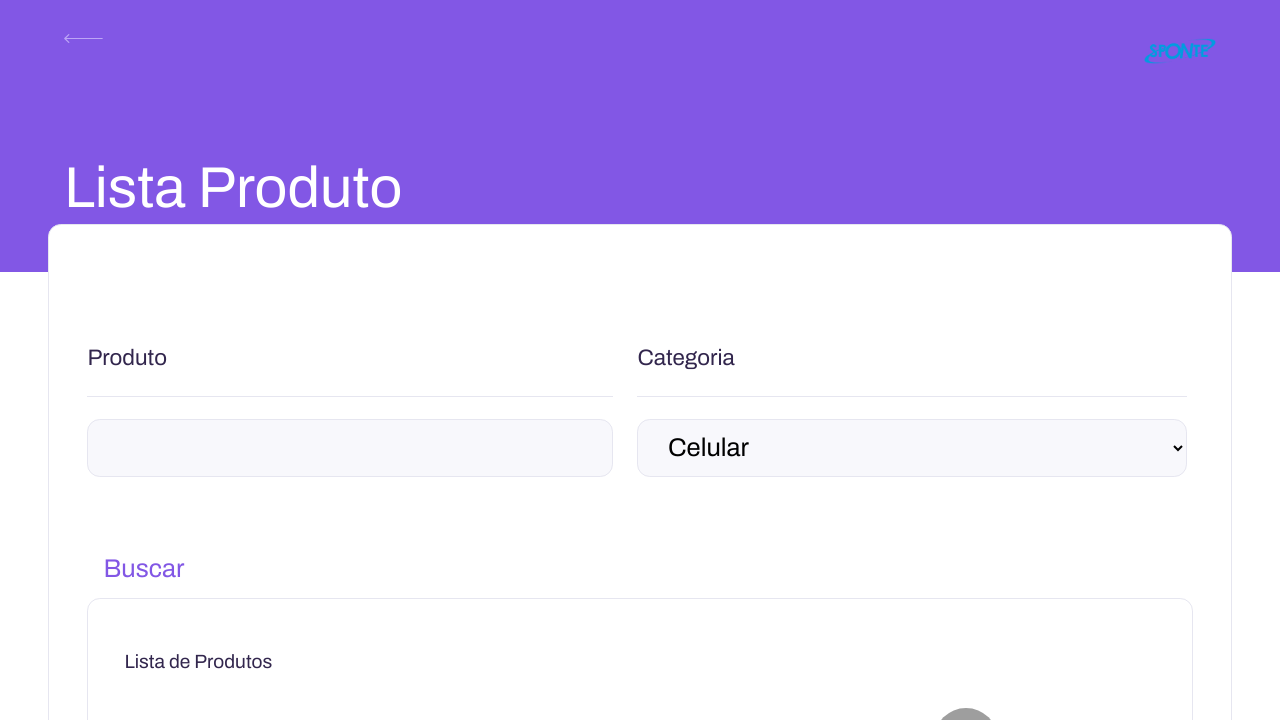
Repository: Henrique-Hoi-Dev/avalia-o-front-end
Page: /list (app in web/)
An editor plug-in stored every save of this project. The page is shown before and after the next save, followed by the edit.
The browser window is 1280 px wide. The pictures show the whole page.
Pictures or frames that could not be fetched are drawn as grey boxes. An inner scrolling area shows only its first screen. The project was rebuilt for these pictures with package versions that can differ from the ones it lists, and the page was loaded fresh each time. Also part of the build but not shown: web/src/pages/Home/styles.js, web/src/pages/Home/index.js, web/src/services/api.js, web/src/pages/RegistrationProduct/styles.js, web/src/components/HeaderRecord/styles.js, web/src/components/HeaderRecord/index.js, web/src/pages/RegistrationProduct/Avatarinput/styles.js, web/src/pages/RegistrationProduct/Avatarinput/index.js and 1 more.

Above is the page before, as saved 2020-09-02 21:53:38.

After the next save:
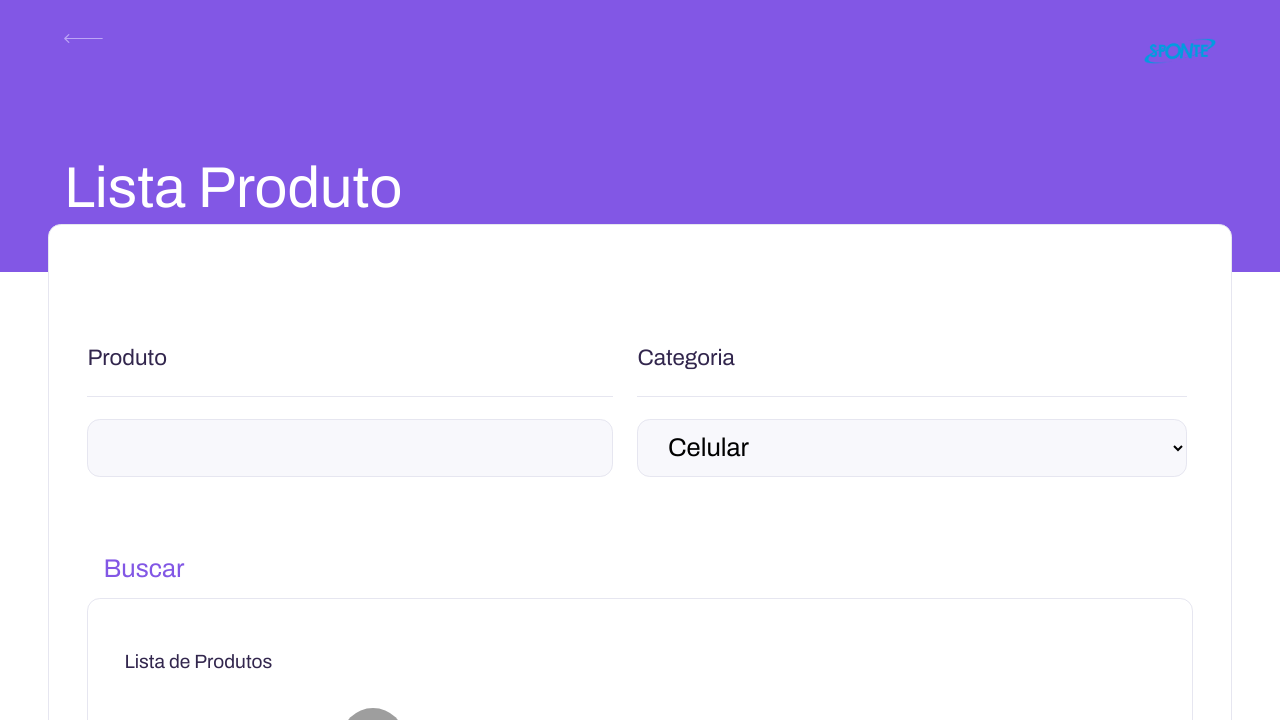
Saved 40 s later.
--- a/web/src/pages/ListProduct/styles.js
+++ b/web/src/pages/ListProduct/styles.js
@@ -98,6 +98,11 @@ export const Container = styled.div`
       font-size: 1.2rem;
       margin-top: 0.4rem;
     }
+
+    .product {
+      display: flex;
+      align-items: center;
+    }
   }
 
   @media (min-width: 1100px) {
